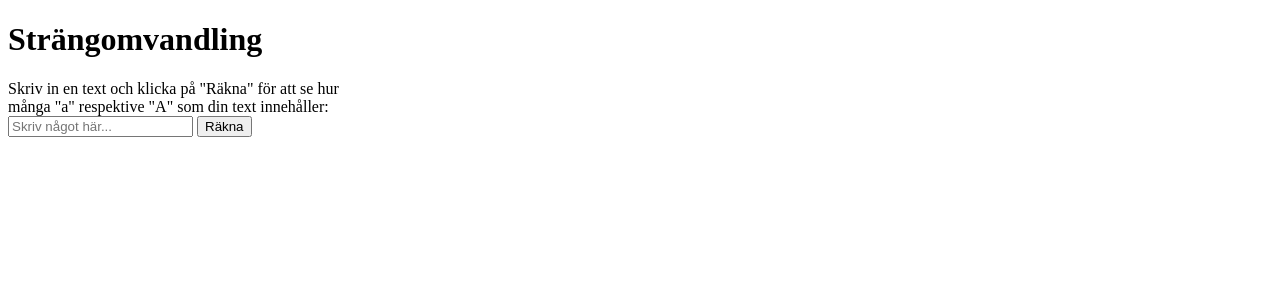
Repository: CarroForslund/laboration-1-1dv404
Page: raknaa/index.html
The author's editor kept a record of every edit. The page is drawn from the files as they stood at one moment, then again after the next edit.
The browser window is 1280 px wide. The pictures show the whole page.

Above is the page before.

### raknaa/index.html
<!DOCTYPE html>
<html lang="sv">
<head>
	<meta charset="UTF-8" />
 	<title>JavaScript - Strängar</title>
 	<style>
 		.error {
 			background-color: #F7A1A1;
 		}
 	</style>
</head>
    <body>
        <h1>Strängomvandling</h1>
 		<form>
 		    Skriv in en text och klicka på "Räkna" för att se hur<br />
 		    många "a" respektive "A" som din text innehåller:<br />
 			<input type="text" id="string" placeholder="Skriv något här..." />
 			<input id="send" type="submit" value="Räkna" />
 			<p id="value"></p>
		</form>

    	  <script src="script.js"></script>

    </body>
</html>

### raknaa/script.js
"use strict";

window.onload = function(){

	var convertString = function(str){

		if (isNaN(str)){
			var newStr = "";
			var count_a = 0;
			var count_A = 0;

			for (var i = 0; i < str.length; i++){

				if (str[i] == "A"){
					count_A += 1;
				}
				else if (str[i] == "a"){
					count_a += 1;
				}

			}
			return "Antal A: " +count_A+ "<br />Antal a: " +count_a;
		}
		else {
			throw new Error ("Du måste skriva in något och du kan inte skriva enbart siffror.");
		}
	};
	// ------------------------------------------------------------------------------


	// Kod för att hantera utskrift och inmatning. Denna ska du inte behöva förändra
	var p = document.querySelector("#value"); // Referens till DOM-noden med id="#value"
	var input = document.querySelector("#string");
	var submit = document.querySelector("#send");

	// Vi kopplar en eventhanterare till formulärets skickaknapp som kör en anonym funktion.
	submit.addEventListener("click", function(e){
		e.preventDefault(); // Hindra formuläret från att skickas till servern. Vi hanterar allt på klienten.

		p.classList.remove( "error");

		try {
			var answer = convertString(input.value) // Läser in texten från textrutan och skickar till funktionen "convertString"
			p.innerHTML = answer;		// Skriver ut texten från arrayen som skapats i funktionen.
		} catch (error){
			p.classList.add( "error"); // Växla CSS-klass, IE10+
			p.innerHTML = error.message;
		}

	});



};

After the next edit:
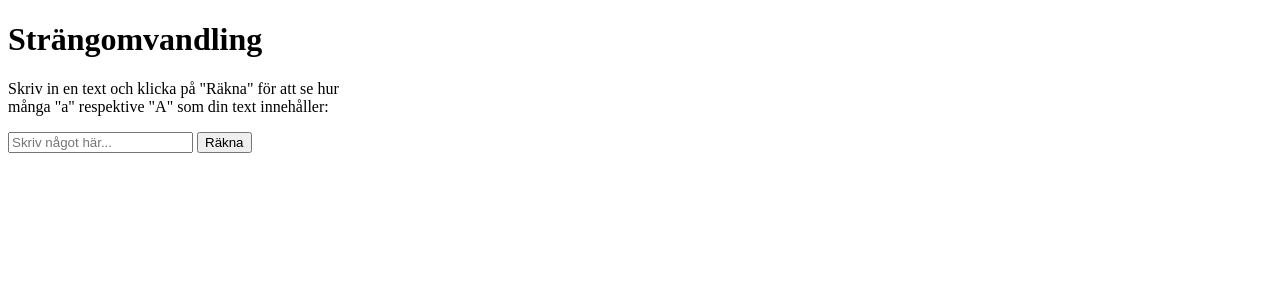
The edit:
--- a/raknaa/index.html
+++ b/raknaa/index.html
@@ -12,8 +12,8 @@
     <body>
         <h1>Strängomvandling</h1>
  		<form>
- 		    Skriv in en text och klicka på "Räkna" för att se hur<br />
- 		    många "a" respektive "A" som din text innehåller:<br />
+ 		    <p>Skriv in en text och klicka på "Räkna" för att se hur<br />
+ 		    många "a" respektive "A" som din text innehåller:</p>
  			<input type="text" id="string" placeholder="Skriv något här..." />
  			<input id="send" type="submit" value="Räkna" />
  			<p id="value"></p>
